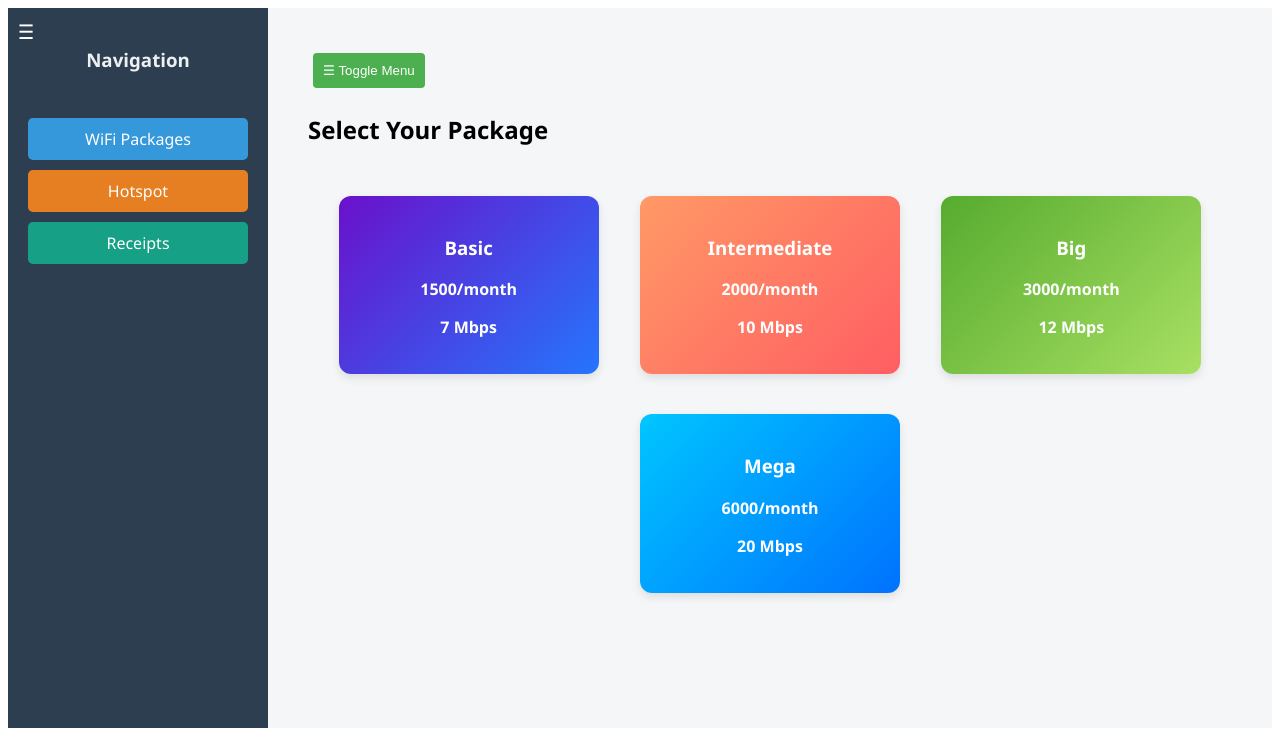
Repository: rachel648/system_Bill
Page: /packages (app in client/)
An editor plug-in stored every save of this project. The page is shown before and after the next save, followed by the edit.
The browser window is 1280 px wide. The pictures show the whole page.
The project was rebuilt for these pictures with package versions that can differ from the ones it lists, and the page was loaded fresh each time. Also part of the build but not shown: client/src/components/ServiceForm.js, client/src/Hotspot.css, client/src/Hotspot.js. Imported but missing from the stored project, and not drawn on this page: client/src/Receipts.

Above is the page before, as saved 2025-05-11 22:00:43.

### client/public/index.html
<!DOCTYPE html>
<html lang="en">
  <head>
    <meta charset="UTF-8" />
    <meta name="viewport" content="width=device-width, initial-scale=1.0"/>
    <title>Internet Billing System</title>
  </head>
  <body>
    <div id="root"></div>
    <!-- Add React scripts if not using Create React App -->
    <!-- <script src="https://unpkg.com/react@18/umd/react.development.js"></script>
    <script src="https://unpkg.com/react-dom@18/umd/react-dom.development.js"></script> -->
  </body>
</html>

### client/src/App.js
import React, { useState } from 'react';
import { BrowserRouter as Router, Routes, Route } from 'react-router-dom';
import ServiceForm from './components/ServiceForm';
import Packages from './Packages';
import Hotspot from './Hotspot';
import Receipts from './Receipts';
import Navigation from './Navigation';
import './App.css';

const App = () => {
  const [isSidebarVisible, setSidebarVisible] = useState(true);

  const toggleSidebar = () => {
    setSidebarVisible(prev => !prev);
  };

  const Layout = ({ children }) => (
    <div className="app-container">
      <Navigation isVisible={isSidebarVisible} />
      <div className="main-content">
        <button id="toggleBtn" onClick={toggleSidebar}>☰ Toggle Menu</button>
        {children}
      </div>
    </div>
  );

  return (
    <Router>
      <Routes>
        <Route path="/" element={<ServiceForm />} />
        <Route path="/packages" element={<Layout><Packages /></Layout>} />
        <Route path="/hotspot" element={<Layout><Hotspot /></Layout>} />
        <Route path="/receipts" element={<Layout><Receipts /></Layout>} />
      </Routes>
    </Router>
  );
};

export default App;

### client/src/Packages.js
import React, { useState } from 'react';
import './Packages.css'; // Make sure to have the CSS file

const Packages = () => {
  const [isModalOpen, setIsModalOpen] = useState(false);  // Modal visibility
  const [selectedPackage, setSelectedPackage] = useState(null);  // Selected package
  const [phoneNumber, setPhoneNumber] = useState('');  // User's phone number

  const handleCardClick = (pkg) => {
    setSelectedPackage(pkg);  // Set the selected package
    setIsModalOpen(true);  // Open the modal
  };

  const handlePayment = async () => {
    // Data to send to the backend
    const paymentData = {
      phone: phoneNumber,
      amount: selectedPackage === 'Basic' ? '$1500' : selectedPackage === 'Intermediate' ? '$2000' : selectedPackage === 'Big' ? '$3000' : '$6000',
      package: selectedPackage
    };

    try {
      // Sending a POST request to your backend payment API
      const response = await fetch('http://localhost:5000/api/payment', {
        method: 'POST',
        headers: {
          'Content-Type': 'application/json'
        },
        body: JSON.stringify(paymentData)
      });

      if (response.ok) {
        const responseData = await response.json();  // Get the response data
        if (responseData.client_secret) {
          // Handle the client_secret
          alert(`Payment request for ${selectedPackage} sent to phone number: ${phoneNumber}. Client Secret: ${responseData.client_secret}`);

          // Use client_secret to confirm the payment via a payment gateway (e.g., Stripe)
          // Example placeholder, replace with your payment gateway code
          const paymentResult = await confirmPayment(responseData.client_secret);

          if (paymentResult.success) {
            alert('Payment Successful!');
          } else {
            alert('Payment failed. Please try again.');
          }
        }
      } else {
        alert('Failed to process the payment. Please try again.');
      }
    } catch (error) {
      console.error('Error making payment request:', error);
      alert('An error occurred. Please try again later.');
    }

    setIsModalOpen(false);  // Close the modal after payment attempt
  };

  // Placeholder for the actual payment confirmation with a payment gateway like Stripe
  const confirmPayment = async (clientSecret) => {
    // Example: Replace with actual code to confirm payment using the client secret
    return { success: true };  // Simulate a successful payment
  };

  return (
    <div className="container">
      <h2 className="heading">Select Your Package</h2>

      <div className="card-container">
        <div className="card basic-card" onClick={() => handleCardClick('Basic')}>
          <h3>Basic</h3>
          <p>1500/month</p>
          <p>7 Mbps</p>
        </div>
        <div className="card intermediate-card" onClick={() => handleCardClick('Intermediate')}>
          <h3>Intermediate</h3>
          <p>2000/month</p>
          <p>10 Mbps</p>
        </div>
        <div className="card big-card" onClick={() => handleCardClick('Big')}>
          <h3>Big</h3>
          <p>3000/month</p>
          <p>12 Mbps</p>
        </div>
        <div className="card mega-card" onClick={() => handleCardClick('Mega')}>
          <h3>Mega</h3>
          <p>6000/month</p>
          <p>20 Mbps</p>
        </div>
      </div>

      {isModalOpen && (
        <div className="modal">
          <div className="modal-content">
            <h3>Make Payment for {selectedPackage}</h3>
            <label htmlFor="phone">Enter Phone Number:</label>
            <input
              type="text"
              id="phone"
              value={phoneNumber}
              onChange={(e) => setPhoneNumber(e.target.value)}
              placeholder="Phone number"
            />
            <button onClick={handlePayment}>Submit Payment</button>
            <button onClick={() => setIsModalOpen(false)}>Cancel</button>
          </div>
        </div>
      )}
    </div>
  );
};

export default Packages;

### client/src/Navigation.js
import React from 'react';
import { Link } from 'react-router-dom';

const Navigation = ({ isVisible, toggle }) => (
  <div className={`navigation ${!isVisible ? 'collapsed' : ''}`}>
    <div className="toggle-icon" onClick={toggle}>☰</div>
    {isVisible && (
      <>
        <h3>Navigation</h3>
        <ul>
          <li><Link to="/packages" className="link-wifi">WiFi Packages</Link></li>
          <li><Link to="/hotspot" className="link-hotspot">Hotspot</Link></li>
          <li><Link to="/receipts" className="link-receipts">Receipts</Link></li>
        </ul>
      </>
    )}
  </div>
);

export default Navigation;

### client/src/App.css
/* Overall container for layout */
.app-container {
  display: flex;
  height: 100vh;
  font-family: 'Segoe UI', Tahoma, Geneva, Verdana, sans-serif;
}

/* Sidebar navigation */
.navigation {
  width: 220px;
  background-color: #2c3e50;
  padding: 20px;
  display: flex;
  flex-direction: column;
  align-items: center;
  transition: width 0.3s ease;
  position: relative;
}

.navigation.collapsed {
  width: 60px;
  padding: 20px 10px;
}

.toggle-icon {
  position: absolute;
  top: 10px;
  left: 10px;
  font-size: 20px;
  cursor: pointer;
  color: white;
}

/* Hide text when collapsed */
.navigation.collapsed h3,
.navigation.collapsed ul {
  display: none;
}

.navigation h3 {
  color: #ecf0f1;
  margin-bottom: 20px;
}

.navigation ul {
  list-style: none;
  padding: 0;
  width: 100%;
}

.navigation li {
  margin: 10px 0;
  width: 100%;
  text-align: center;
}

/* Unique colored links */
.link-wifi {
  background-color: #3498db; /* Blue */
  color: white;
  padding: 10px;
  display: block;
  text-decoration: none;
  border-radius: 5px;
}

.link-hotspot {
  background-color: #e67e22; /* Orange */
  color: white;
  padding: 10px;
  display: block;
  text-decoration: none;
  border-radius: 5px;
}

.link-receipts {
  background-color: #16a085; /* Teal */
  color: white;
  padding: 10px;
  display: block;
  text-decoration: none;
  border-radius: 5px;
}

.link-wifi:hover,
.link-hotspot:hover,
.link-receipts:hover {
  opacity: 0.85;
}

/* Main content area */
.main-content {
  flex: 1;
  padding: 40px;
  background-color: #f4f6f8;
  overflow-y: auto;
}

### client/src/Packages.css
/* Style for the cards container */
.card-container {
  display: flex;
  justify-content: space-around;
  flex-wrap: wrap;
  gap: 20px;
  padding: 20px;
}

/* Shared card styles */
.card {
  padding: 20px;
  margin: 10px;
  cursor: pointer;
  border-radius: 12px;
  text-align: center;
  width: 220px;
  color: white;
  font-weight: bold;
  box-shadow: 0 4px 10px rgba(0, 0, 0, 0.1);
  transition: transform 0.3s ease, box-shadow 0.3s ease;
}

/* Different gradient colors for each package card */
.card:nth-child(1) {
  background: linear-gradient(135deg, #6a11cb, #2575fc); /* Purple to blue */
}

.card:nth-child(2) {
  background: linear-gradient(135deg, #ff9966, #ff5e62); /* Orange to red */
}

.card:nth-child(3) {
  background: linear-gradient(135deg, #56ab2f, #a8e063); /* Green to light green */
}

.card:nth-child(4) {
  background: linear-gradient(135deg, #00c6ff, #0072ff); /* Light blue to dark blue */
}

/* Hover effect */
.card:hover {
  transform: scale(1.08);
  box-shadow: 0 10px 20px rgba(0, 0, 0, 0.2);
}

/* Modal styles */
.modal {
  position: fixed;
  top: 0;
  left: 0;
  right: 0;
  bottom: 0;
  background-color: rgba(0, 0, 0, 0.5);
  display: flex;
  justify-content: center;
  align-items: center;
}

.modal-content {
  background-color: white;
  padding: 20px;
  border-radius: 8px;
  width: 300px;
  text-align: center;
}

/* Input styles */
input {
  width: 100%;
  padding: 8px;
  margin: 10px 0;
  border: 1px solid #ccc;
  border-radius: 4px;
}

/* Button styles */
button {
  padding: 10px;
  background-color: #4CAF50;
  color: white;
  border: none;
  border-radius: 4px;
  cursor: pointer;
  margin: 5px;
}

button:hover {
  background-color: #45a049;
}

Loaded but not shown: client/src/index.js (common file)

After the next save:
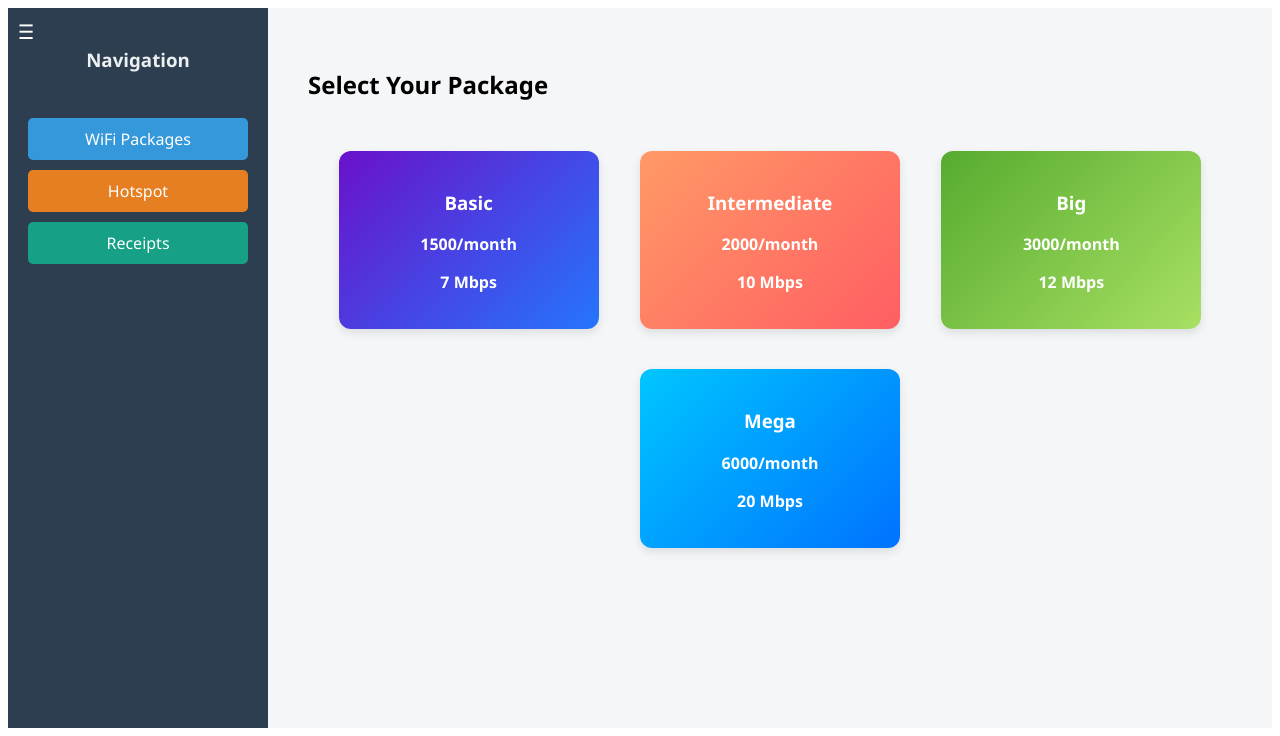
Saved 11 s later.
--- a/client/src/App.js
+++ b/client/src/App.js
@@ -16,9 +16,8 @@ const App = () => {
 
   const Layout = ({ children }) => (
     <div className="app-container">
-      <Navigation isVisible={isSidebarVisible} />
+      <Navigation isVisible={isSidebarVisible} toggle={toggleSidebar} />
       <div className="main-content">
-        <button id="toggleBtn" onClick={toggleSidebar}>☰ Toggle Menu</button>
         {children}
       </div>
     </div>
